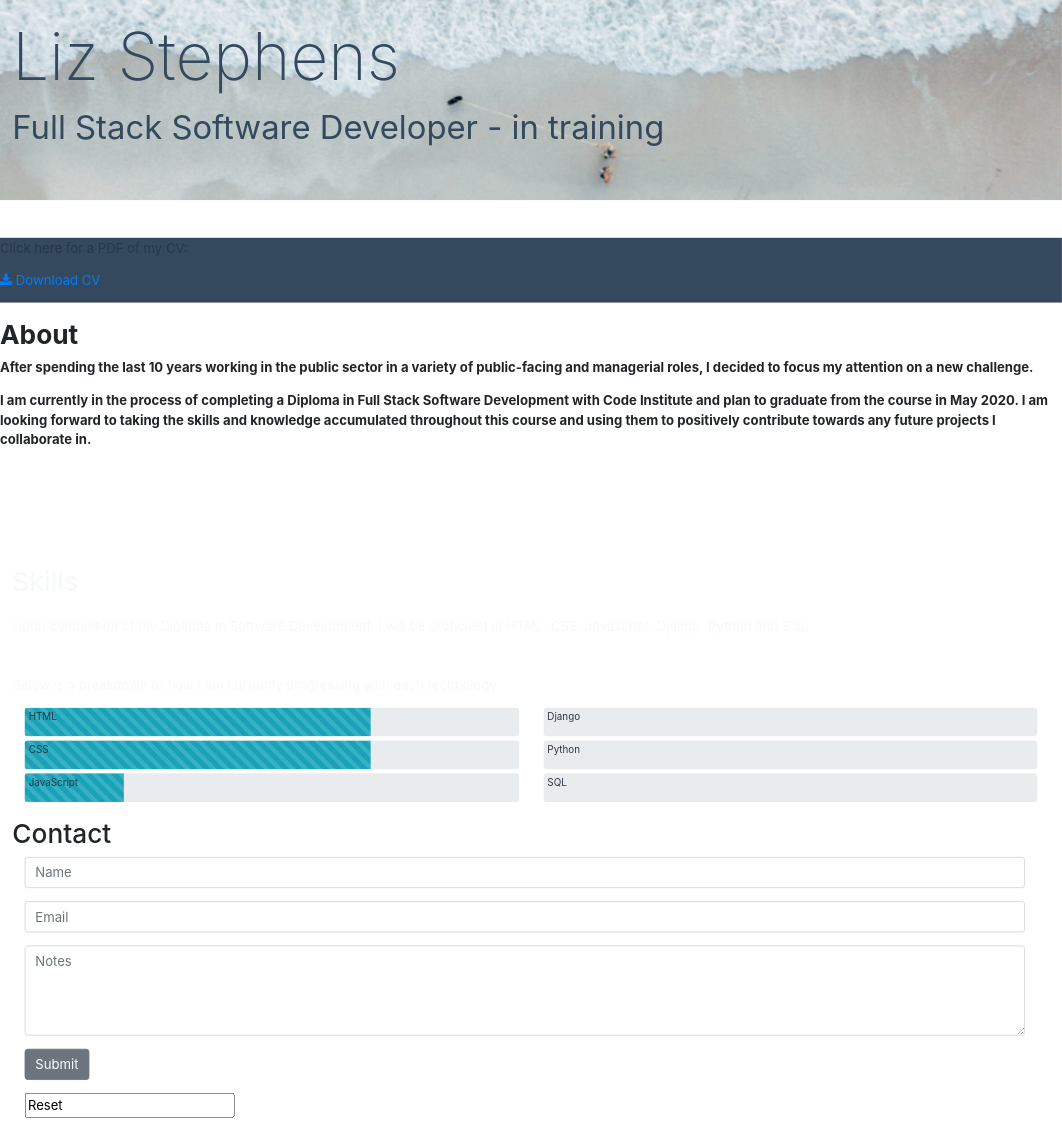
Repository: Liz94688/portfolio-site
Page: index.html
The author's editor kept a record of every edit. The page is drawn from the files as they stood at one moment, then again after the next edit.
The browser window is 1280 px wide. The page is 1295 px wide, so the pictures cover 1295 px, including what lies to the right of the window. The pictures show the whole page, at 82% of full size.

Above is the page before.

### index.html
<!DOCTYPE html>
<html lang="en">

<head>
    <meta charset="UTF-8">
    <meta name="viewport" content="width=device-width, initial-scale=1.0">
    <meta http-equiv="X-UA-Compatible" content="ie=edge">
    <link rel="stylesheet" href="https://stackpath.bootstrapcdn.com/bootstrap/4.3.1/css/bootstrap.min.css" type="text/css" />
    <link rel="stylesheet" href="https://stackpath.bootstrapcdn.com/font-awesome/4.7.0/css/font-awesome.min.css" type="text/css" />
    <link rel="stylesheet" href="assets/css/style.css" type="text/css" />
    <title>Liz Stephens Portfolio - Full Stack Web Developer</title>
</head>

<body>
    <header>
        <div class="row header-image">
            <div class="col">
                <h1 class="header-name">Liz Stephens</h1>
                <h2 class="header-title">Full Stack Software Developer - in training</h2>
            </div>
        </div>

        <div class="row header-nav">
            <div class="col">
                <ul id="nav" class="list-inline header-nav-container">
                    <li class="col-sm-4 header-nav-color-home list-inline-item">
                        <a href="#"><span>Home</span></a>
                    </li>
                    <li class="col-sm-4 header-nav-color-skills list-inline-item">
                        <a href="#"><span>Skills</span></a>
                    </li>
                    <li class="col-sm-4 header-nav-color-contact list-inline-item">
                        <a href="#"><span>Contact</span></a>
                    </li>
                </ul>
            </div>
        </div>
        </div>
    </header>
    <section>

    </section>
    <footer>
        <div class="row footer-nav">
            <div class="col">
                <p>Click here for a PDF of my CV: </p>
                <a href="#"><i class="fa fa-download" aria-hidden="true"></i><span> Download CV </span></a>
            </div>
        </div>
    </footer>
</body>

</html>


























            <h2 class="about-title "><strong>About</strong></h2>

            <p class="about-p "><strong>After spending the last 10 years working in the public sector in a variety of public-facing and managerial roles, I decided to focus my attention on a new challenge.</strong></p>

            <p class="about-p "><strong>I am currently in the process of completing a Diploma in Full Stack Software Development with Code Institute and plan to graduate from the course in May 2020. I am looking forward to taking the skills and knowledge accumulated throughout this course and
                    using them to positively contribute towards any future projects I collaborate in.</strong></p>
        </div>
    </div>
</section>

<!--*****Skills*****-->
<section id="skills-intro ">
    <div class="container-fluid ">
        <div class="row ">
            <h2 class="skills-title ">
                Skills
            </h2>
        </div>
        <div class="row ">
            <p class="skills-progression ">Upon completion of my Diploma in Software Development, I will be proficient in HTML, CSS, Javascript, Django, Python and SQL.</p>
            <br>
            <br>
            <br>
            <p class="skills-progression ">Below is a breakdown of how I am currently progressing with each technology:</p>
        </div>
        <div class="row progress-bars ">
            <div class="col-sm-12 col-md-6 ">
                <div class="progress ">
                    <div class="progress-bar-animated progress-bar-striped bg-info " role="progressbar " style="width: 70% " aria-valuenow="70 " aria-valuemin="0 " aria-valuemax="100 ">
                        <span class="sr-only ">70% complete</span>
                    </div>
                    <span class="progress-type ">HTML</span>
                </div>
                <div class="progress ">
                    <div class="progress-bar-animated progress-bar-striped bg-info " role="progressbar " style="width: 70% " aria-valuenow="70 " aria-valuemin="0 " aria-valuemax="100 ">
                        <span class="sr-only ">70% complete</span>
                    </div>
                    <span class="progress-type ">CSS</span>
                </div>
                <div class="progress ">
                    <div class="progress-bar-animated progress-bar-striped bg-info " role="progressbar " style="width: 20% " aria-valuenow="20 " aria-valuemin="0 " aria-valuemax="100 ">
                        <span class="sr-only ">20% complete</span>
                    </div>
                    <span class="progress-type ">JavaScript</span>
                </div>
            </div>
            <div class="col-sm-12 col-md-6 ">
                <div class="progress ">
                    <div class="progress-bar-animated progress-bar-striped bg-info " role="progressbar " style="width: 0% " aria-valuenow="0 " aria-valuemin="0 " aria-valuemax="100 ">
                        <span class="sr-only ">0% complete</span>
                    </div>
                    <span class="progress-type ">Django</span>
                </div>
                <div class="progress ">
                    <div class="progress-bar-animated progress-bar-striped bg-info " role="progressbar " style="width: 0% " aria-valuenow="0 " aria-valuemin="0 " aria-valuemax="100 ">
                        <span class="sr-only ">0% complete</span>
                    </div>
                    <span class="progress-type ">Python</span>
                </div>
                <div class="progress ">
                    <div class="progress-bar-animated progress-bar-striped bg-info " role="progressbar " style="width: 0% " aria-valuenow="0 " aria-valuemin="0 " aria-valuemax="100 ">
                        <span class="sr-only ">0% complete</span>
                    </div>
                    <span class="progress-type ">SQL</span>
                </div>
            </div>
        </div>
    </div>
</section>

<!--*****Contact Me*****-->
<section id="contact-me ">
    <div class="container-fluid ">
        <div class="contact-title ">
            <h2>
                Contact
            </h2>
        </div>
        <div class="contact-form ">
            <div class="contact-groups col-sm-12 ">
                <form>
                    <div class=" form-group ">
                        <input type="text " name="Name " class="form-control " placeholder="Name " required>
                    </div>
                    <div class="form-group ">
                        <input type="email " name="Email " class="form-control " placeholder="Email " required>
                    </div>
                    <div class="form-group ">
                        <textarea rows="4 " name="Notes " class="form-control " placeholder="Notes "></textarea>
                    </div>

                    <div class="form-group ">
                        <button type="submit " class="btn btn-secondary ">Submit</button>
                    </div>
                    <div class="form-group ">
                        <input type="reset " value="Reset ">
                    </div>
                </form>
            </div>
        </div>
    </div>
</section>

### assets/css/style.css
@import url('https://fonts.googleapis.com/css?family=Montserrat&display=swap:100,200,300,400,500,600,700');

/*------------------------------Header*/

header {
    margin: 0;
}

.header-image {
    background-image: url('../images/welcome-view.jpg');
    background-position: center;
    background-repeat: no-repeat;
    background-size: cover;
    min-height: 240px;
    transition: all .5s ease-in-out;
    -moz-transition: all .5s ease-in-out;
    -webkit-transition: all .5s ease-in-out;
}

.header-name {
    font-weight: 200;
    font-size: 80px;
    color: #34495E;
    margin-top: 20px;
    padding-left: 15px;
}

.header-title {
    font-weight: 400;
    font-size: 40px;
    color: #34495E;
    margin-top: 15px;
    margin-bottom: 50px;
    padding-left: 15px;
}

/*------------------------------Header-Nav*/

.col {
    padding: 0;
}

ul {
    background-color: #34495E;
}

li a {
    color: #fff;
    padding: 0;
    text-decoration: none;
}

.list-inline-item:not(:last-child) {
    margin: 0;
}

.header-nav-container {
    font-size: 0;
}

#nav li {
    padding: 0;
}

.header-nav-item {
    height: 100px;
    text-align: center;
}

.header-nav-item a {
    width: 100%;
    text-decoration: none;
    color: #fff;
}

.header-nav-item span {
    display: block;
    padding-top: 15px;
    font-size: 20px;
    letter-spacing: 1px;
}

.header-nav-color-home:hover {
    background-color: #2980B9;
}

.header-nav-color-skills:hover {
    background-color: #1ABC9C;
}

.header-nav-color-contact:hover {
    background-color: #EC7063;
}

.header-nav-color-home.active {
    background-color: #2980B9;
}

.header-nav-color-skills.active {
    background-color: #1ABC9C;
}

.header-nav-color-contact.active {
    background-color: #EC7063;
}

/*----------About Me----------*/

/*----------Skills----------*/

#skills-intro {
    background-color: #393938;
    background-size: cover;
    height: 100vh;
    width: 100vw;
    margin-bottom: 0px;
    margin-top: 0px;
}

.container {
    margin: 0;
}

.skills-title {
    padding-top: 10%;
    color: #F7F9F9;
}

.skills-progression {
    margin: 0;
    color: #F7F9F9;
}

.row {
    padding-left: 15px;
    padding-bottom: 15px;
    color: #283747
}

.progress {
    position: relative;
    height: 35px;
    margin-bottom: 5px;
}

.progress-type {
    position: absolute;
    color: #283747;
    left: 0px;
    padding: 2px 30px 2px 5px;
}

/*----------Contact----------*/

/*----------Footer----------*/

footer {
    min-height: 100px;
    margin: 0;
}

.footer-nav {
    background-color: #34495E;
    margin-top: 15px;
    margin-bottom: 50px;
}

.footer-nav-item {
    height: 100px;
    text-align: right;
    padding: 15px 20px;
    color: #fff;
}

.footer-nav-item a {
    text-decoration: none;
    color: #fff;
}

.footer-nav-item a i {
    font-size: 20px;
    padding: 10px;
}

After the next edit:
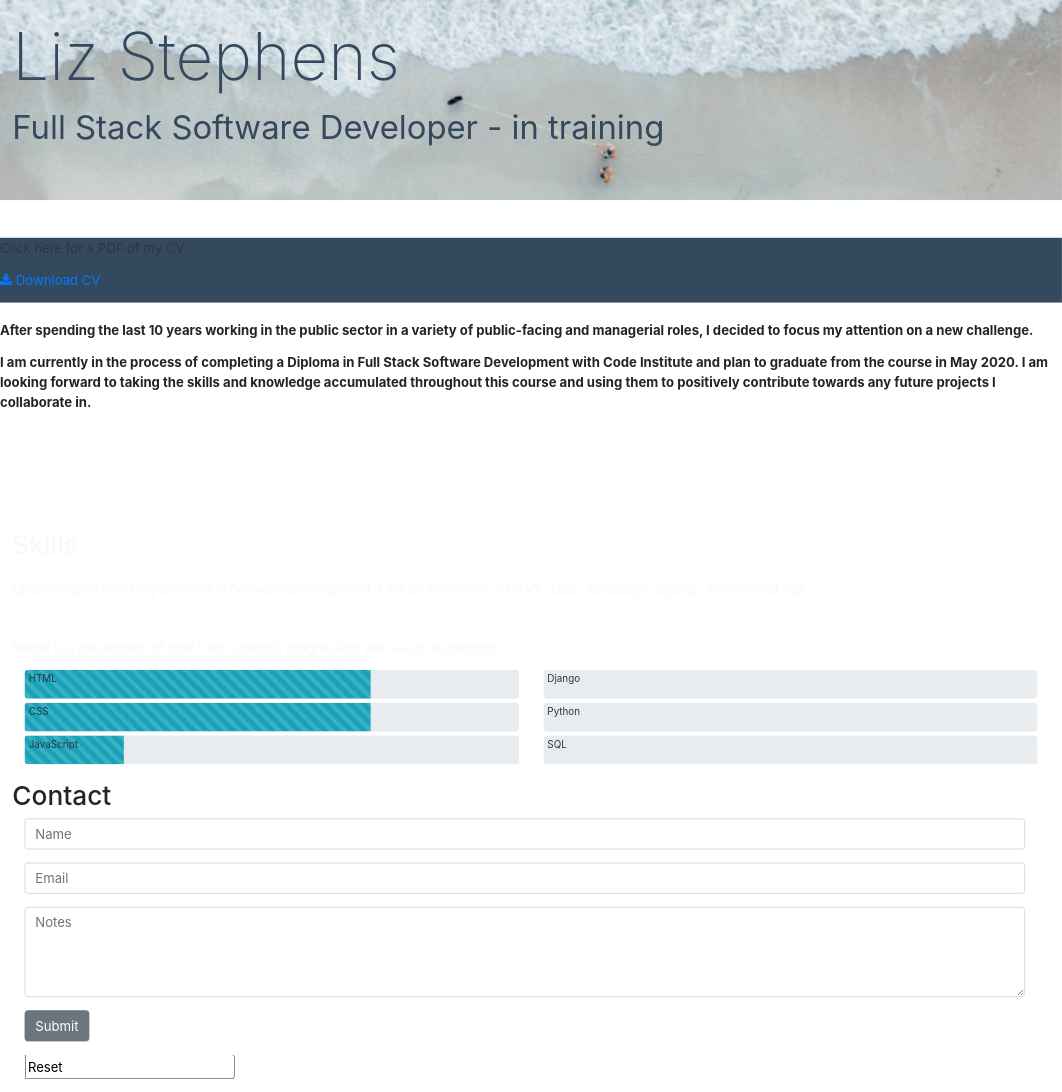
The edit:
--- a/index.html
+++ b/index.html
@@ -77,15 +77,25 @@
 
 
 
-            <h2 class="about-title "><strong>About</strong></h2>
+
+
+
+
+
+
+
+
+
+
+
+
+
 
             <p class="about-p "><strong>After spending the last 10 years working in the public sector in a variety of public-facing and managerial roles, I decided to focus my attention on a new challenge.</strong></p>
 
             <p class="about-p "><strong>I am currently in the process of completing a Diploma in Full Stack Software Development with Code Institute and plan to graduate from the course in May 2020. I am looking forward to taking the skills and knowledge accumulated throughout this course and
                     using them to positively contribute towards any future projects I collaborate in.</strong></p>
-        </div>
-    </div>
-</section>
+
 
 <!--*****Skills*****-->
 <section id="skills-intro ">
